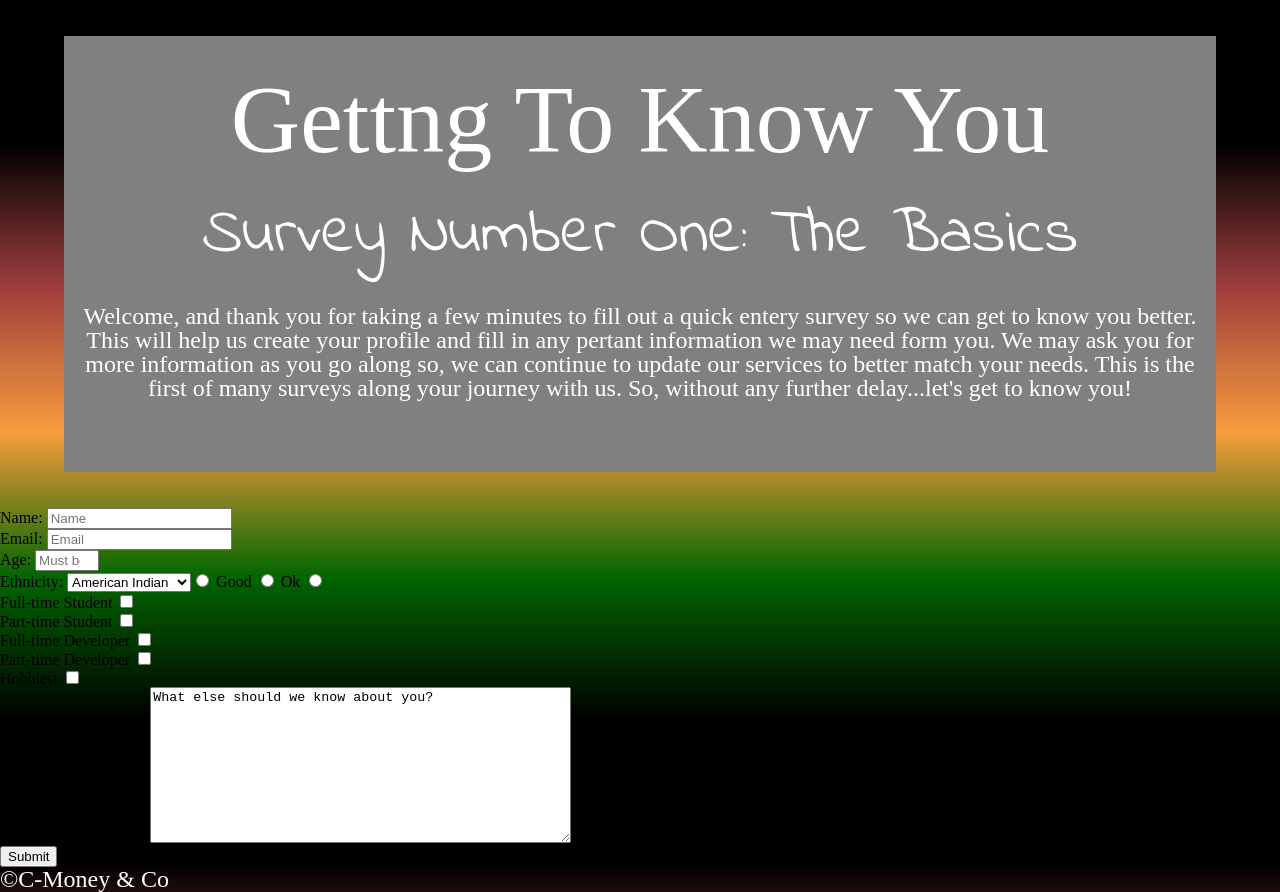
Repository: ctcoleman/surveyForm
Page: index.html
The author's editor kept a copy of each file at every save. The page is drawn from the files as they stood at one save, then again after the next save.
The browser window is 1280 px wide. The pictures show the whole page.
Some web fonts or font styles are not loaded; a fallback is used.

Above is the page before, as saved 2020-06-29 11:06:23.

### index.html
<!DOCTYPE html>
<html lang="en">

<!-- Head -->

<head>
  <meta name="description" content="Survey Form Example Project">
  <meta name="author" content="Christopher Coleman">
  <meta name="title" content="Survey Form Project">
  <meta name="keywords" content="Survey, Forms, HTML, CSS, Example, Project" <meta name="viewport"
    content="width=device-width, initial-scale=1.0">
  <meta charset="UTF-8">
  <link rel="stylesheet" type="text/css" href="/assets/stylesheets/index.css">
  <link
    href="https://fonts.googleapis.com/css2?family=Holtwood+One+SC&family=Indie+Flower&family=Shadows+Into+Light&display=swap"
    rel="stylesheet">
  <title>.:Getting to know you:.</title>
</head>

<!-- Body -->

<body>


  <!-- Main Content-->
  <main id="main">

    <!-- Header -->
    <header id="titleHeading" class="heading">
      <h1 id="title">Gettng To Know You</h1>
      <h2>Survey Number One: The Basics</h2>
      <section class="descriptionSection">
        <p id="description">Welcome, and thank you for taking a few minutes to fill out a quick entery survey so we can
          get to know you better. This will help us create your profile and fill in any pertant information we may need
          form you. We may ask you for more information as you go along so, we can continue to update our services to
          better match your needs. This is the first of many surveys along your journey with us. So, without any further
          delay...let's get to know you!</p>
      </section>
    </header>

    <!-- Survey Form -->
    <form id="survey-form" class="formWrapper" action="#" method="post">
      <!-- Name -->
      <div class="formEntery nameEntery">
        <label id="name-label" for="name">Name:</label>
        <input type="text" id="name" name="user_name" placeholder="Name" required>
      </div>
      <!-- E-Mail -->
      <div class="formEntery emailEntery">
        <label id="email-label" for="email">Email:</label>
        <input type="email" id="email" name="user_email" placeholder="Email" required>
      </div>
      <!-- Number -->
      <div class="formEntery numberEntery">
        <label id="number-label" for="number">Age:</label>
        <input type="number" id="number" placeholder="Must be older than 18" min="18" max="150">
      </div>
      <!-- Dropdown -->
      <div id="dropDownEntery" class="formEntery">
        <label for="dropdown-label">Ethnicity:</label>
        <select type="dropdown" id="dropdown" placeholder="Select from the following" required>
          <option value="americanIndian">American Indian</option>
          <option value="asian">Asian</option>
          <option value="africanAmerican">African American</option>
          <option value="hispanic">Hispanic</option>
          <option value="pacificIslander">Pacific Islander</option>
          <option value="white">White</option>
      </div>
      <!-- Radio Buttons -->
      <div id="radioButtons" class="formEntery radioButtons">

        <label for="radioGreat">Great</label>
        <input class="radio" type="radio" id="radioGreat" name="radio" value="Great">

        <label for="radioGood">Good</label>
        <input class="radio" type="radio" id="radioGood" name="radio" value="Good">

        <label for="radioOk">Ok</label>
        <input class="radio" type="radio" id="radioOk" name="radio" value="Ok">

      </div>

      <div id="checkboxInputs" class="formEntery checkbox">
        <div id="fullTimeStudentCheck">
          <label for="fullTimeStudent">Full-time Student</label>
          <input type="checkbox" id="fullTimeStudent" name="Full-time Student" value="Full-time Student">
        </div>
        <div id="partTimeStudentCheck">
          <label for="partTimeStudent">Part-time Student</label>
          <input type="checkbox" id="partTimeStudent" name="Part-time Student" value="Part-time Student">
        </div>
        <div id="fullTimeDeveloperCheck">
          <label for="fullTimeDev">Full-time Developer</label>
          <input type="checkbox" id="fullTimeDev" name="Full-time Developer" value="Full-time Developer">
        </div>
        <div id="partTimeDeveloperCheck">
          <label for="partTimeDev">Part-time Developer</label>
          <input type="checkbox" id="partTimeDev" name="Part-time Developer" value="Part-time Developer">
        </div>
        <div id="hobbiestCheckbox">
          <label for="hobbiest">Hobbiest</label>
          <input type="checkbox" id="hobbiest" name="Hobbiest" value="hobbiest">
        </div>
      </div>
      <div id="textarea">
        <label for="additionalComments">Additional Comments:</label>
        <textarea id="additionalComments" name="additionalComments" rows="10"
          cols="50">What else should we know about you? </textarea>
      </div>

      <button type="submit" id="submit" form="survey-form" value="Submit">Submit</button>
    </form>


    <!-- Footer -->
    <footer>
      <p>&copy;C-Money & Co</p>
    </footer>
  </main>

  <script src='https://cdn.freecodecamp.org/testable-projects-fcc/v1/bundle.js'></script>
</body>

</html>

### assets/stylesheets/index.css

/*
=== CSS Reset ===
  http://meyerweb.com/eric/tools/css/reset/ ]
  v2.0 | 20110126
  License: none (public domain)
*/

html, body, div, span, applet, object, iframe,
h1, h2, h3, h4, h5, h6, p, blockquote, pre,
a, abbr, acronym, address, big, cite, code,
del, dfn, em, img, ins, kbd, q, s, samp,
small, strike, strong, sub, sup, tt, var,
b, u, i, center,
dl, dt, dd, ol, ul, li,
fieldset, form, label, legend,
table, caption, tbody, tfoot, thead, tr, th, td,
article, aside, canvas, details, embed,
figure, figcaption, footer, header, hgroup,
menu, nav, output, ruby, section, summary,
time, mark, audio, video {
	margin: 0;
	padding: 0;
	border: 0;
	font-size: 62.5%;
	font: inherit;
  vertical-align: baseline;
  box-sizing: border-box;
}
/* HTML5 display-role reset for older browsers */
article, aside, details, figcaption, figure,
footer, header, hgroup, menu, nav, section {
	display: block;
}
body {
	line-height: 1;
}
ol, ul {
	list-style: none;
}
a {
  text-decoration: none;
}
blockquote, q {
	quotes: none;
}
blockquote:before, blockquote:after,
q:before, q:after {
	content: '';
	content: none;
}
table {
	border-collapse: collapse;
	border-spacing: 0;
}
/*
=== Fonts Used ===
font-family: 'Holtwood One SC', serif;
font-family: 'Indie Flower', cursive;
font-family: 'Shadows Into Light', cursive;
/*

=== Basic Styling ===
*/
html {
  background-image: linear-gradient( #000000 20%, #a03e3e 40%, #f69d3c 60%, #036600 80%, #000000 100%);
  height: 100%;
 }

h1 {
  color: white;
  font-family: 'Holtwood One SC', serif;
  font-size: 6rem;
}

h2 {
  color: white;
  font-family: 'Indie Flower', cursive;
  font-size: 4rem;
}

p {
  color: white;
  font-size: 1.5rem;
}

/*
=== Header Styleing ===
*/

header {
  background: grey;
  padding: 5vh 0;
  margin: 5vh 5vw;
  text-align: center;
}
#title {
  margin-bottom: 5vh;
}
#description {
  margin: 5vh 0;
}
/*
=== Basic Form Styling ===
*/

/*
=== Name Styling ===
*/

/*
=== Email Styling ===
*/

/*
=== Age Styling ===
*/

/*
=== Radio Button Styling ===
*/

/*
=== Checkbox Styling ===
*/

/*
=== Textarea Styling ===
*/

/*
=== Submit Button Styling ===
*/

After the next save:
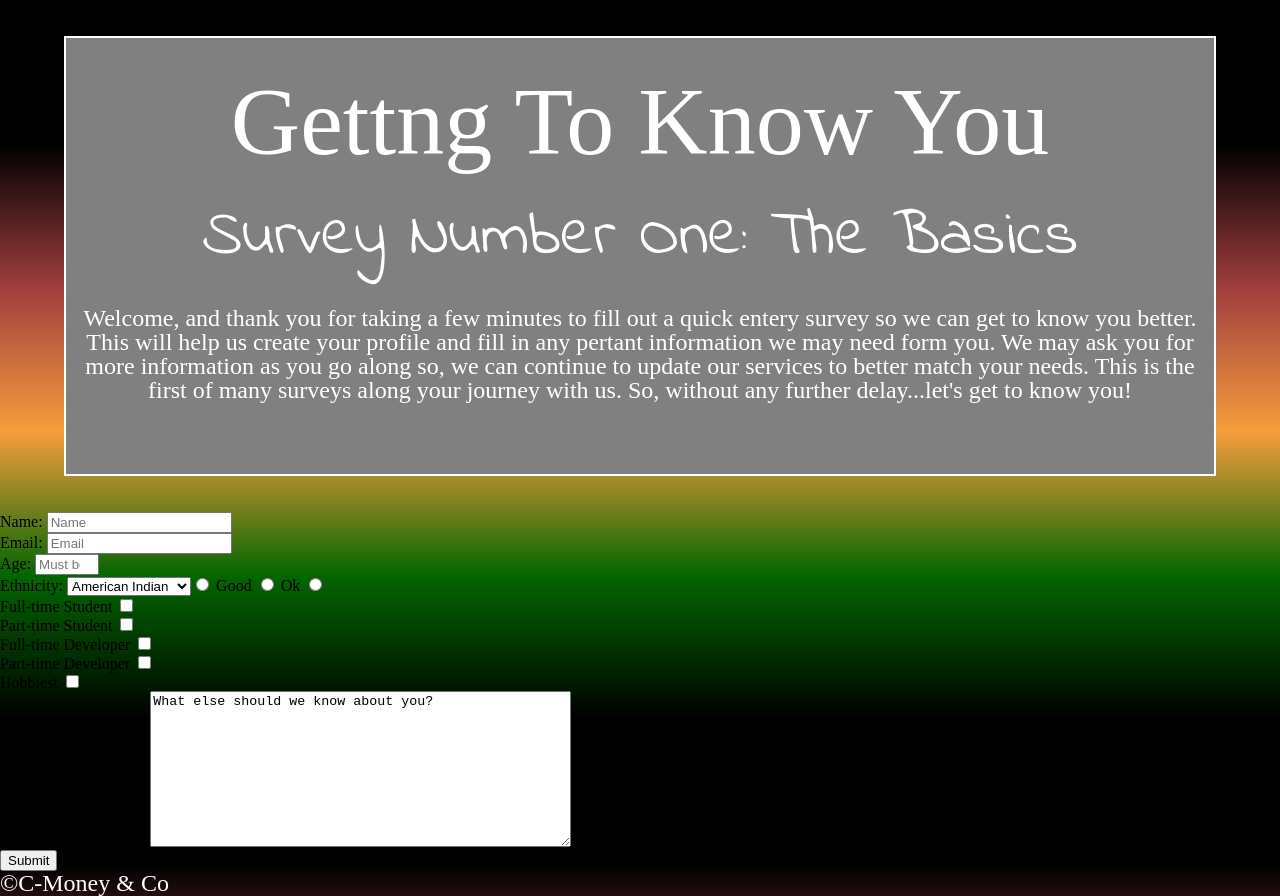
Saved 16 s later.
--- a/assets/stylesheets/index.css
+++ b/assets/stylesheets/index.css
@@ -93,6 +93,7 @@ header {
   padding: 5vh 0;
   margin: 5vh 5vw;
   text-align: center;
+  border: 2px solid white;
 }
 #title {
   margin-bottom: 5vh;
